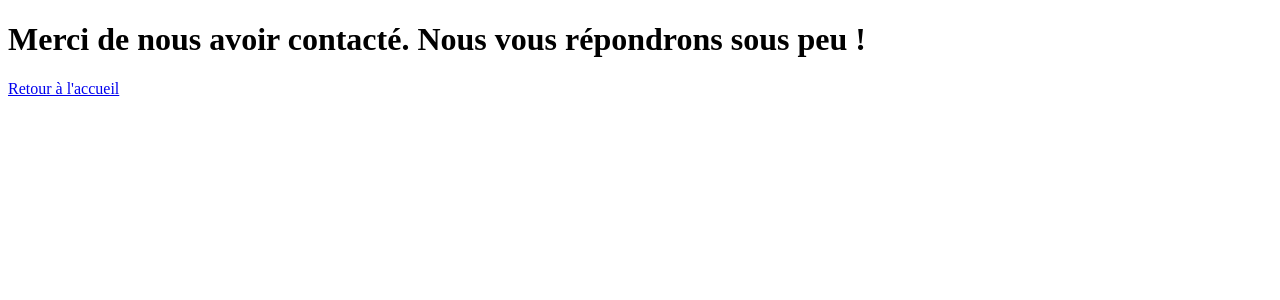
Repository: CarmenFerlatte/TP3__FerlatteCarmen
Page: confirmation.html
The author's editor kept a copy of each file at every save. The page is drawn from the files as they stood at one save, then again after a run of saves.
The browser window is 1280 px wide. The pictures show the whole page.

Above is the page before, as saved 2024-08-29 12:28:27.

### confirmation.html
<!DOCTYPE html>
<html lang="en">
<head>
    <meta charset="UTF-8">
    <meta name="viewport" content="width=device-width, initial-scale=1.0">
    <title>Confirmation</title>
</head>
<body>
    <main>
    <h1 >Merci de nous avoir contacté. Nous vous répondrons sous peu !</h1>
    <a class="cursor-pointer" href="index.html" title="Retour à la page d'accueil">Retour à l'accueil</a>
    </main>
</body>
</html>

After the next 3 saves:
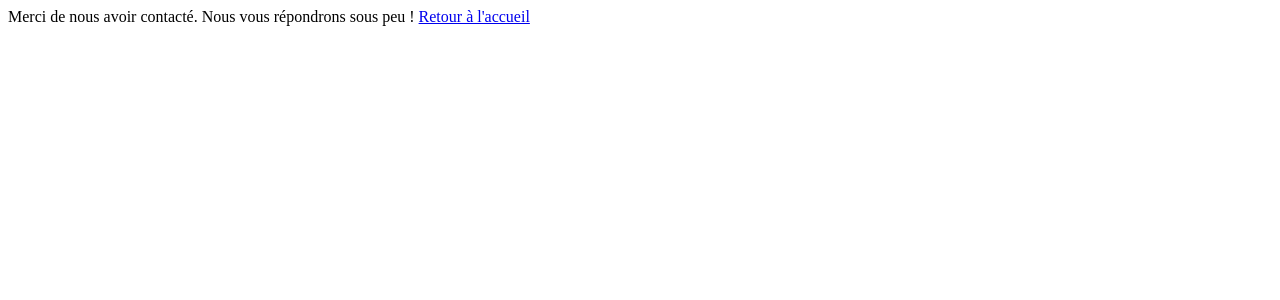
The 3 saves are shown as one change because they came seconds apart.
The last was saved 8 s later.
--- a/confirmation.html
+++ b/confirmation.html
@@ -7,7 +7,8 @@
 </head>
 <body>
     <main>
-    <h1 >Merci de nous avoir contacté. Nous vous répondrons sous peu !</h1>
+        <sc
+    <h1>Merci de nous avoir contacté. Nous vous répondrons sous peu !</h1>
     <a class="cursor-pointer" href="index.html" title="Retour à la page d'accueil">Retour à l'accueil</a>
     </main>
 </body>
